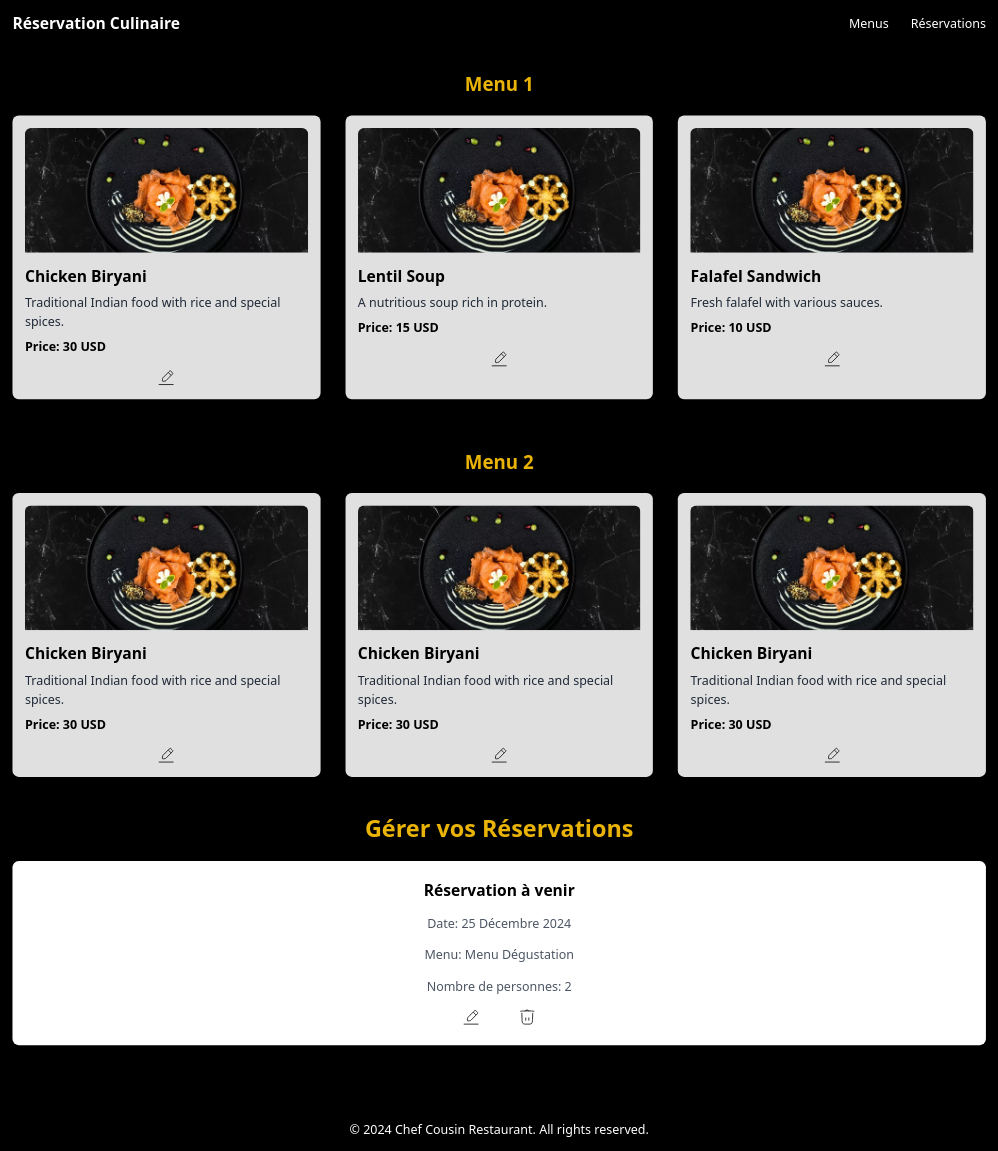
Repository: HamzaChehlaoui/Site-Web-pour-un-Chef-Cuisinier
Page: http://localhost/menuutil.php
An editor plug-in stored every save of this project. The page is shown before and after the next save, followed by the edit.
The browser window is 1280 px wide. The pictures show the whole page, at 78% of full size.
Some web libraries are served in a nearby version. The page is run by PHP 8.4 with error messages shown; the project is at /var/www/html/.

Above is the page before, as saved 2024-12-18 17:04:42.

After the next save:
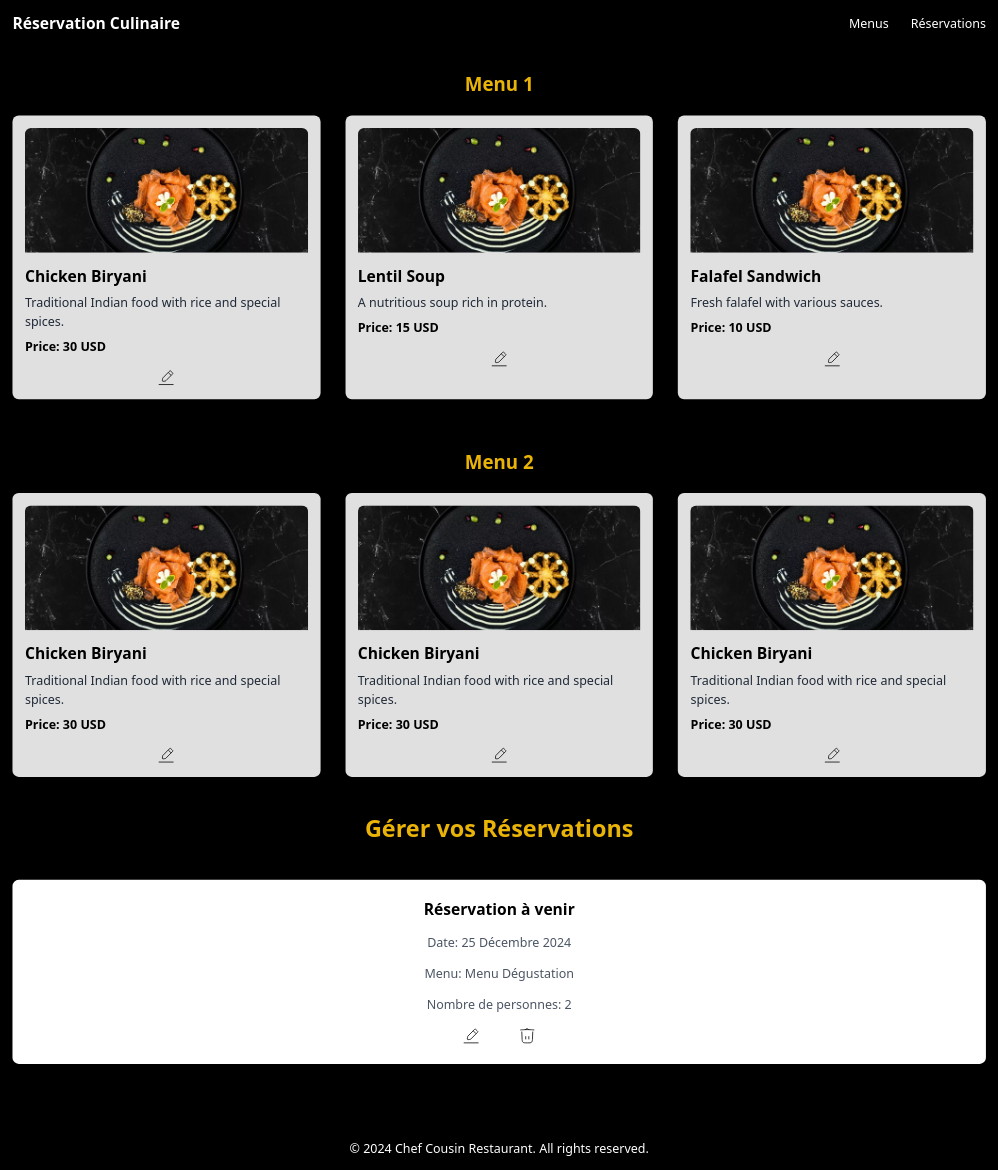
Saved 91 s later.
--- a/menuutil.php
+++ b/menuutil.php
@@ -132,7 +132,7 @@
     <!-- Reservation Section -->
     <section id="reservations" class="py-12 bg-black">
         <div class="max-w-7xl mx-auto text-center">
-            <h2 class="text-3xl font-bold mb-6 text-yellow-500">Gérer vos Réservations</h2>
+            <h2 class="text-3xl font-bold mb-6 text-yellow-500">Gérer vos Réservations</h2>;;
 
             <div class="bg-white p-6 rounded-lg shadow-md">
                 <h3 class="text-xl font-semibold mb-4">Réservation à venir</h3>

After the save that followed:
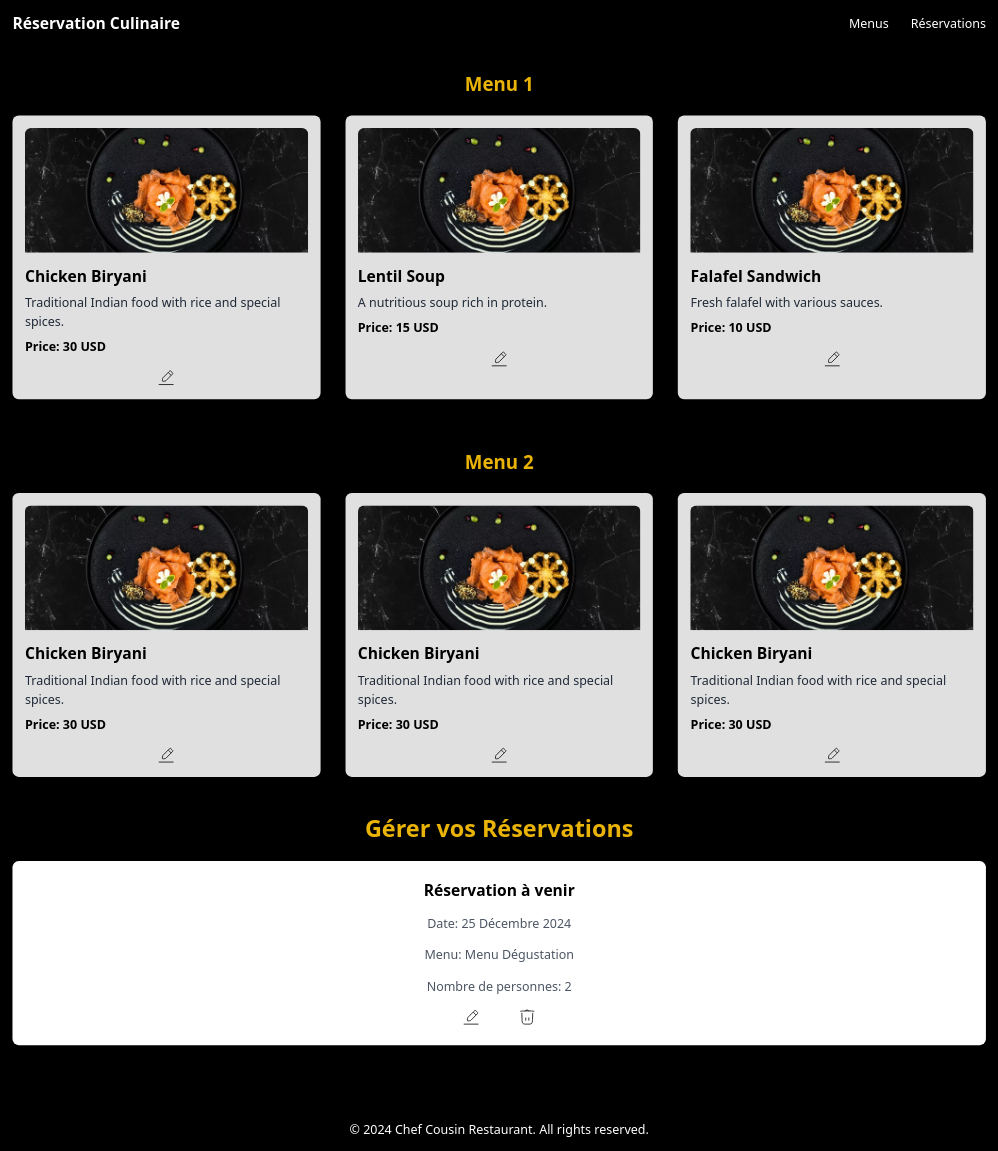
Saved 5 s later.
--- a/menuutil.php
+++ b/menuutil.php
@@ -132,7 +132,7 @@
     <!-- Reservation Section -->
     <section id="reservations" class="py-12 bg-black">
         <div class="max-w-7xl mx-auto text-center">
-            <h2 class="text-3xl font-bold mb-6 text-yellow-500">Gérer vos Réservations</h2>;;
+            <h2 class="text-3xl font-bold mb-6 text-yellow-500">Gérer vos Réservations</h2>
 
             <div class="bg-white p-6 rounded-lg shadow-md">
                 <h3 class="text-xl font-semibold mb-4">Réservation à venir</h3>
